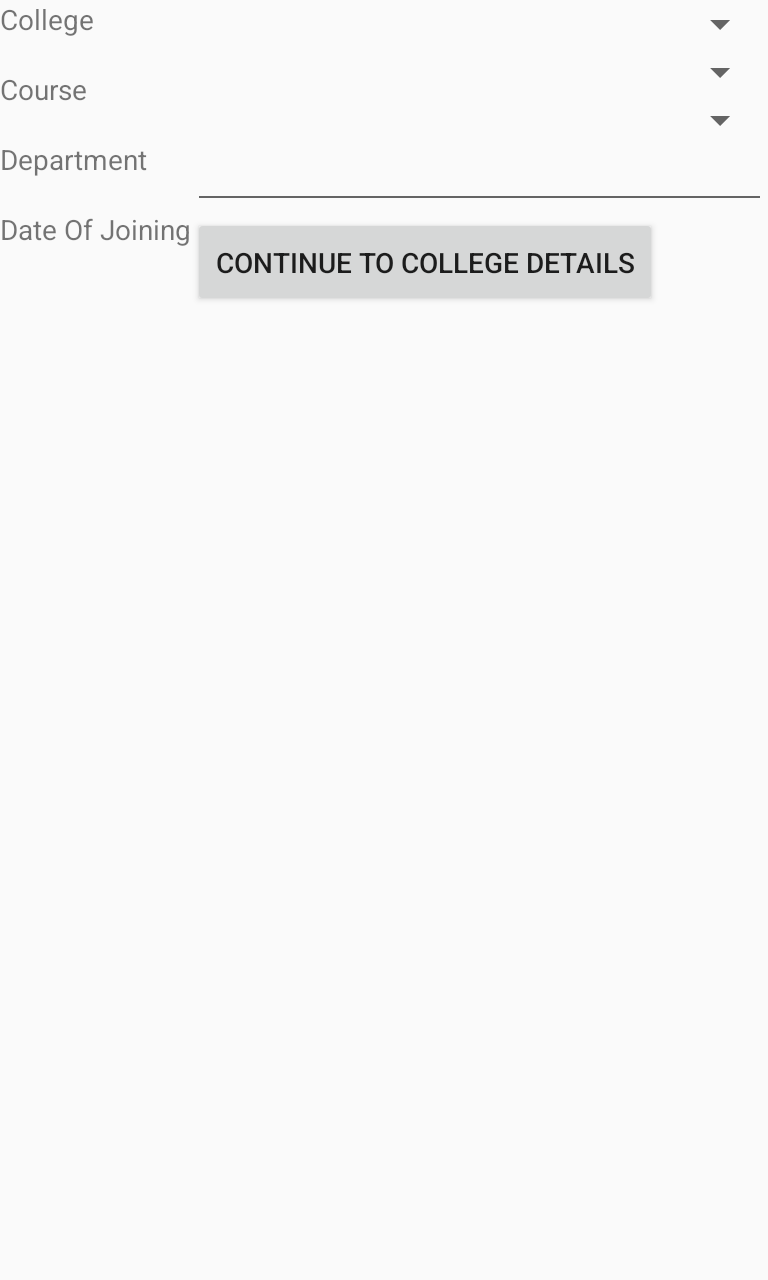
Repository: Prasannakumarb/CollegeMate
Layout: CollegeMate/CollegeMate/res/layout/activity_student_collegeregistration.xml
These files come from the project's save history. The layout is drawn as it stood at one moment and after the next save; the edit follows.
It is drawn on a 768 x 1280 px phone screen (xhdpi) without system bars, with theme AppTheme; the app's code is not run.

Above is the layout before, as saved 2014-06-26 18:34:06.

After the next save:
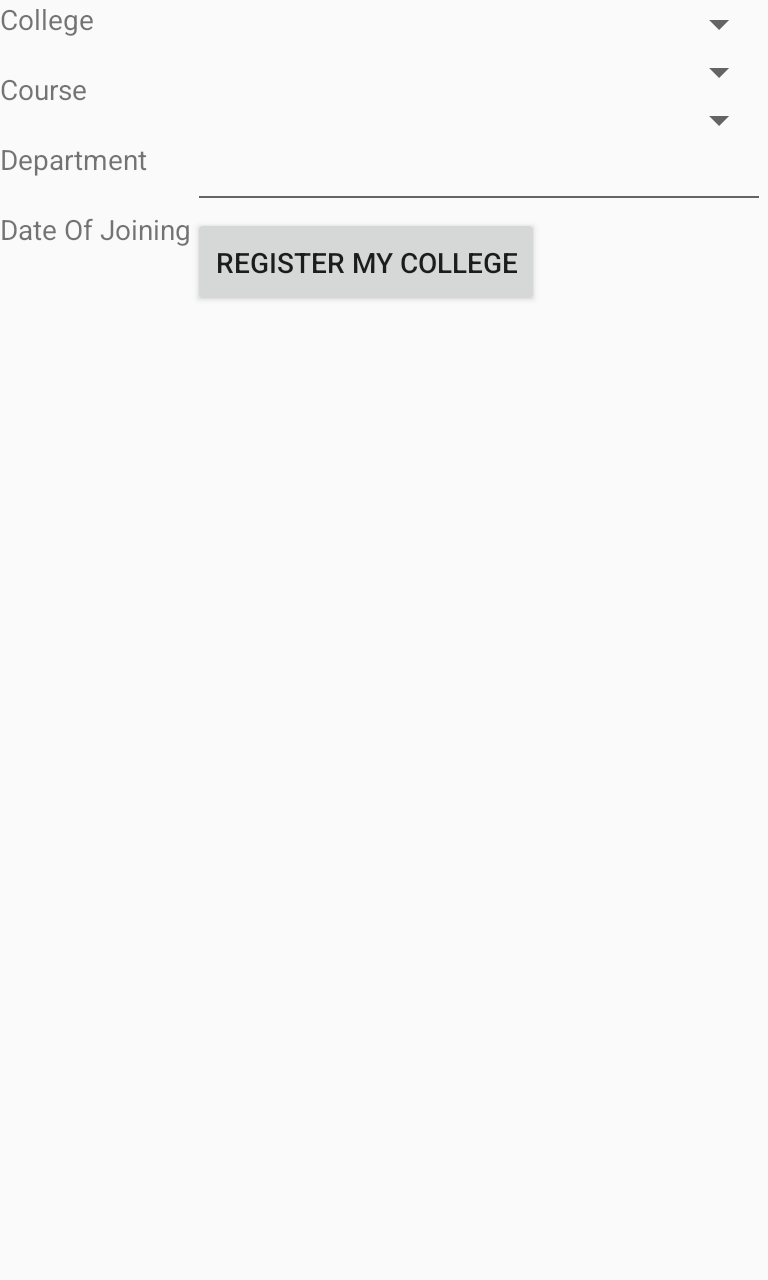
Saved 4 min 2 s later.
--- a/CollegeMate/CollegeMate/res/layout/activity_student_collegeregistration.xml
+++ b/CollegeMate/CollegeMate/res/layout/activity_student_collegeregistration.xml
@@ -67,10 +67,10 @@
 
 
             <EditText
-                android:id="@+id/editText_phone"
+                android:id="@+id/editText_doj"
                 android:layout_width="match_parent"
                 android:layout_height="35dp"
-                android:inputType="phone" >
+                android:inputType="text" >
             </EditText>
 
 
@@ -80,7 +80,7 @@
                 android:layout_width="wrap_content"
                 android:layout_height="wrap_content"
                 android:onClick="register"
-                android:text="@string/Registeradmin" />
+                android:text="Register My College" />
 
         </LinearLayout>
     </LinearLayout>
